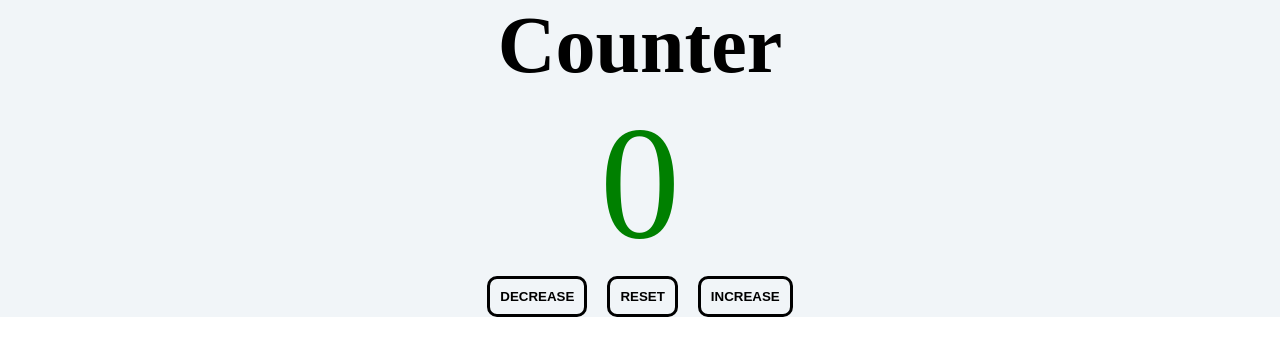
Repository: imokha01/createCounter
Page: index.html
The author's editor kept a copy of each file at every save. The page is drawn from the files as they stood at one save, then again after the next save.
The browser window is 1280 px wide. The pictures show the whole page.

Above is the page before, as saved 2024-01-17 17:09:36.

### index.html
<!DOCTYPE html>
<html lang="en">
  <head>
    <meta charset="UTF-8" />
    <meta name="viewport" content="width=device-width, initial-scale=1.0" />
    <link rel="stylesheet" href="style.css" />
    <title>Document</title>
  </head>
  <body>
    <div class="main">
      <h1>Counter</h1>
      <div id="countDisplay" value="0">0</div>
      <div class="controls">
        <button id="decrease">DECREASE</button>
        <button id="reset">RESET</button>
        <button id="increase">INCREASE</button>
      </div>
    </div>
    <script src="./index.js"></script>
  </body>
</html>

### style.css
* {
    margin: 0;
    padding: 0;
    box-sizing: border-box;
}


.main {
    display: flex;
    flex-direction: column;
    justify-content: center;
    align-items: center;
    background-color: #f1f5f8;
    width:
}

h1 {
    font-size: 5rem;
}

#countDisplay {
    color: green;
    font-size: 10rem;

}

.controls {
    display: flex;
    gap: 20px;
}

.controls > button {
    padding: 10px;
    border: 3px solid black;
    border-radius: 10px;
    font-weight: 700;
    background-color: transparent;
    cursor: pointer;
}

Loaded but not shown: index.js (no copy from this time; the picture is the same without it)

After the next save:
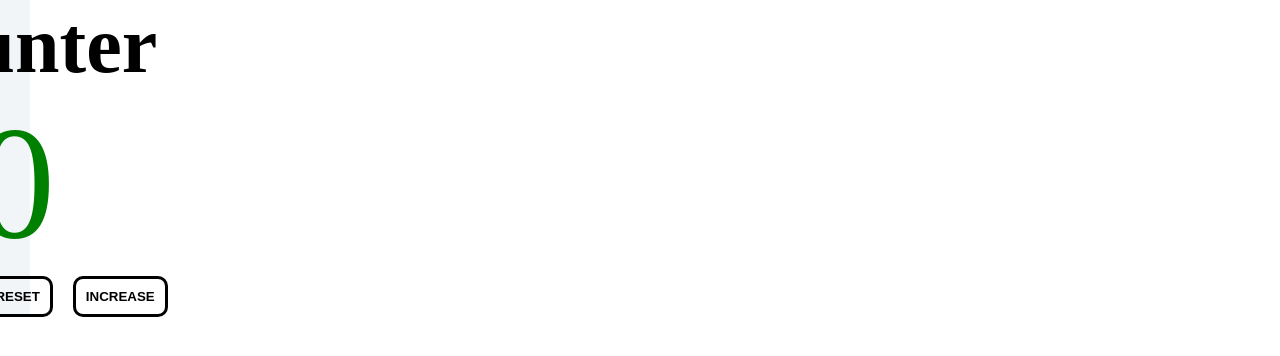
Saved 10 s later.
--- a/style.css
+++ b/style.css
@@ -11,7 +11,7 @@
     justify-content: center;
     align-items: center;
     background-color: #f1f5f8;
-    width:
+    width: 30px;
 }
 
 h1 {
